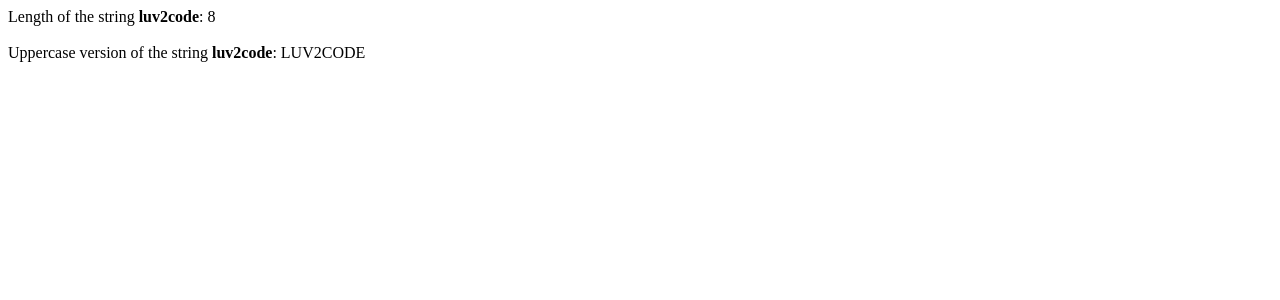
Repository: romuloabbiati/jsp-for-beginners
Page: http://localhost/tagdemo/function-test.jsp
The author's editor kept a copy of each file at every save. The page is drawn from the files as they stood at one save, then again after the next save.
The browser window is 1280 px wide. The pictures show the whole page.
The page is served by Tomcat 9. Other server files are loaded and not shown.

Above is the page before, as saved 2023-02-24 05:52:39.

### tagdemo/WebContent/function-test.jsp
<%@ taglib uri="http://java.sun.com/jsp/jstl/core" prefix="c" %>

<%@ taglib uri="http://java.sun.com/jsp/jstl/functions" prefix="fn" %>

<html>

<body>

	<c:set var="data" value="luv2code" />

	Length of the string <b>${data}</b>: ${fn:length(data)}

	<br/> <br/>

	Uppercase version of the string <b>${data}</b>: ${fn:toUpperCase(data)}

</body>

</html>

After the next save:
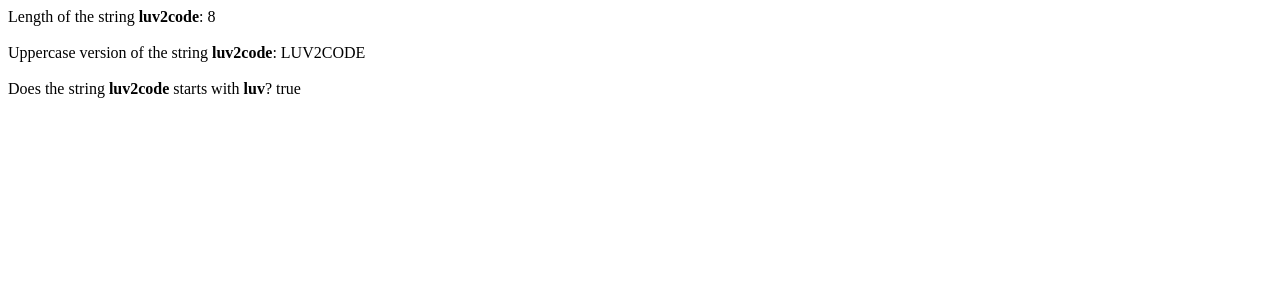
Saved 2 min 10 s later.
--- a/tagdemo/WebContent/function-test.jsp
+++ b/tagdemo/WebContent/function-test.jsp
@@ -14,6 +14,10 @@
 
 	Uppercase version of the string <b>${data}</b>: ${fn:toUpperCase(data)}
 
+	<br/> <br/>
+
+	Does the string <b>${data}</b> starts with <b>luv</b>? ${fn:startsWith(data, "luv")}
+
 </body>
 
 </html>
